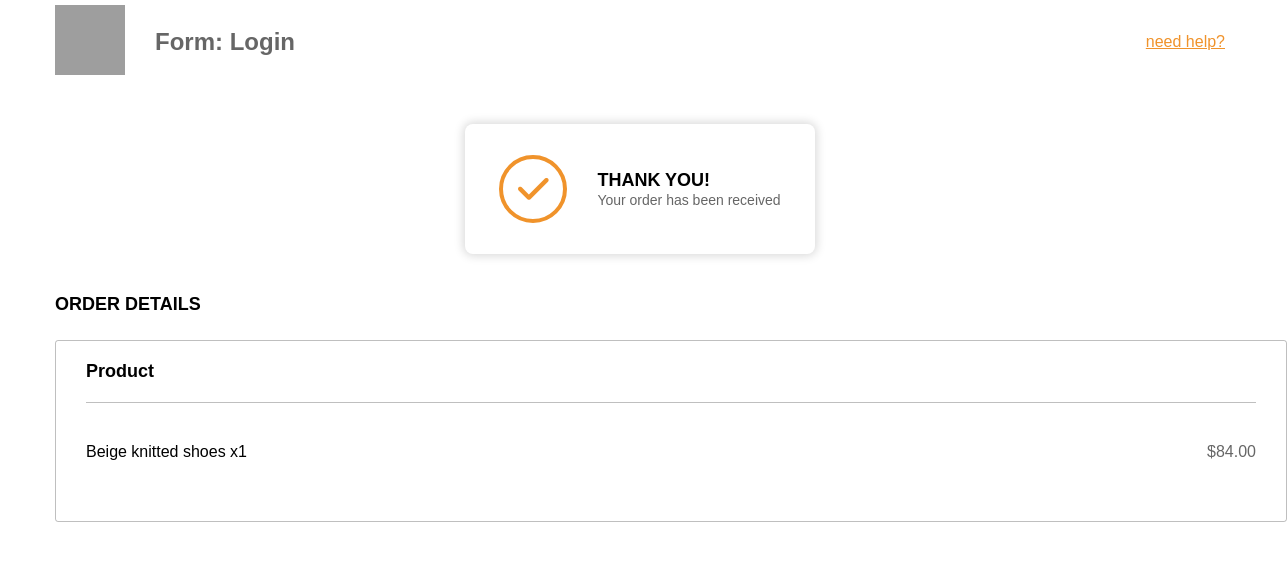
Repository: NguyenDucHung20002/project-homev1
Page: checkout/checkout.html
An editor plug-in stored every save of this project. The page is shown before and after the next save, followed by the edit.
The browser window is 1280 px wide. The page is 1287 px wide, so the pictures cover 1287 px, including what lies to the right of the window. The pictures show the whole page.
Pictures or frames that could not be fetched are drawn as grey boxes. The style sheet was rebuilt from its Sass, Less or Tailwind sources for each picture, by a compiler version that may differ from the author's.

Above is the page before, as saved 2022-09-20 10:17:27.

### checkout/checkout.html
<!DOCTYPE html>
<html lang="en">

<head>
    <meta charset="UTF-8">
    <meta http-equiv="X-UA-Compatible" content="IE=edge">
    <meta name="viewport" content="width=device-width, initial-scale=1.0">
    <!-- <link rel="stylesheet" href="../reset.css"> -->
    <link rel="stylesheet" href="../fontawesome-free-6.1.2-web/css/all.min.css">
    <link rel="stylesheet" href="../dist/css/checkout.css">
    <title>Document</title>
    <link rel="icon" href="/icon/favicon.png">
</head>

<body>
    <header>
        <div class="header">
            <div class="container">
                <div class="header-right">
                    <a href="../homev1.html"><img
                            src="http://wp.0effortthemes.com/themes/veggie/wp-content/uploads/2016/06/header-v3-logo.png"
                            alt=""></a>
                    <h2 class="name-form">Form: Login</h2>
                </div>
                <div class="header-left">
                    <a href="" class="help">need help?</a>
                </div>
            </div>
        </div>
    </header>

    <div class="content">
        <div class="container">
            <div class="thank-you">
                <i class="fa-solid fa-check"></i>
                <div class="title">
                    <span><strong>THANK YOU!</strong></span><br>
                    <span>Your order has been received</span>
                </div>
            </div>
            <span class="title-order-details"><strong>ORDER DETAILS</strong></span>
            <div class="order-details">
                <span class="title-product"><strong>Product</strong></span>
                <div class="cart-items">
                    <div class="items">
                        <span class="name-items">
                            Beige knitted shoes x1
                        </span>
                        <span class="price-items">
                            $84.00
                        </span>
                    </div>
                </div>
            </div>
        </div>
    </div>

</body>

<script src="https://cdnjs.cloudflare.com/ajax/libs/jquery/3.6.0/jquery.min.js"
    integrity="sha512-894YE6QWD5I59HgZOGReFYm4dnWc1Qt5NtvYSaNcOP+u1T9qYdvdihz0PPSiiqn/+/3e7Jo4EaG7TubfWGUrMQ=="
    crossorigin="anonymous" referrerpolicy="no-referrer"></script>
<script src="./checkout.js"></script>

</html>

### checkout/checkout.js
// $(".btn-checkout").click((e) => {
//   e.preventDefault();
// });

### checkout/checkout.scss
* {
  font-family: "Poppins", sans-serif;
}
body {
  position: relative;
}
.container {
  margin: 0 auto;
  width: 1170px;
}
header {
  width: 100%;
  position: fixed;
  top: 0;
  left: 0;
  z-index: 10000;
  background-color: rgba(#ffffff, 0.8);
  .header {
    .container {
      display: flex;
      align-items: center;
      justify-content: space-between;
      padding: 5px;
      .header-right {
        display: flex;
        justify-content: flex-start;
        align-items: center;
        a {
          img {
            width: 70px;
            height: 70px;
          }
        }
        .name-form {
          color: #666;
          margin-left: 30px;
        }
      }
      .header-left {
        a {
          color: #f0932b;
        }
      }
    }
  }
}
.content {
  .container {
    background-color: #ffffff;
    margin-top: 84px;
    padding: 40px 0px;
    .thank-you {
      display: flex;
      align-items: center;
      justify-content: center;
      width: 350px;
      height: 130px;
      margin: 0 auto;
      border-radius: 8px;
      box-shadow: 0px 0px 10px 2px rgba(0, 0, 0, 0.15);
      i {
        color: #f0932b;
        text-align: center;
        line-height: 60px;
        width: 60px;
        height: 60px;
        border: 4px solid #f0932b;
        border-radius: 50%;
        font-size: 35px;
        font-weight: bold;
        margin-right: 30px;
      }
      .title {
        span {
          font-size: 14px;
          color: #666;
        }
        strong {
          color: black;
          font-size: 18px;
        }
      }
    }
    .title-order-details {
      display: inline-block;
      margin: 40px 0px 25px;
      color: black;
      font-size: 18px;
    }
    .order-details {
      width: 100%;
      border-radius: 3px;
      padding: 20px 30px;
      border: 0.5px solid rgba(0, 0, 0, 0.25);
      .title-product {
        display: inline-block;
        width: 100%;
        font-size: 18px;
        font-weight: bold;
        padding-bottom: 20px;
        border-bottom: 0.5px solid rgba(0, 0, 0, 0.25);
      }
      .cart-items {
        padding: 20px 0px;
        .items {
          display: flex;
          align-items: center;
          justify-content: space-between;
          padding: 20px 0px;
          .name-items {
          }
          .price-items {
            color: #666;
          }
        }
      }
    }
  }
}

Loaded but not shown: fontawesome-free-6.1.2-web/css/all.min.css (library)

After the next save:
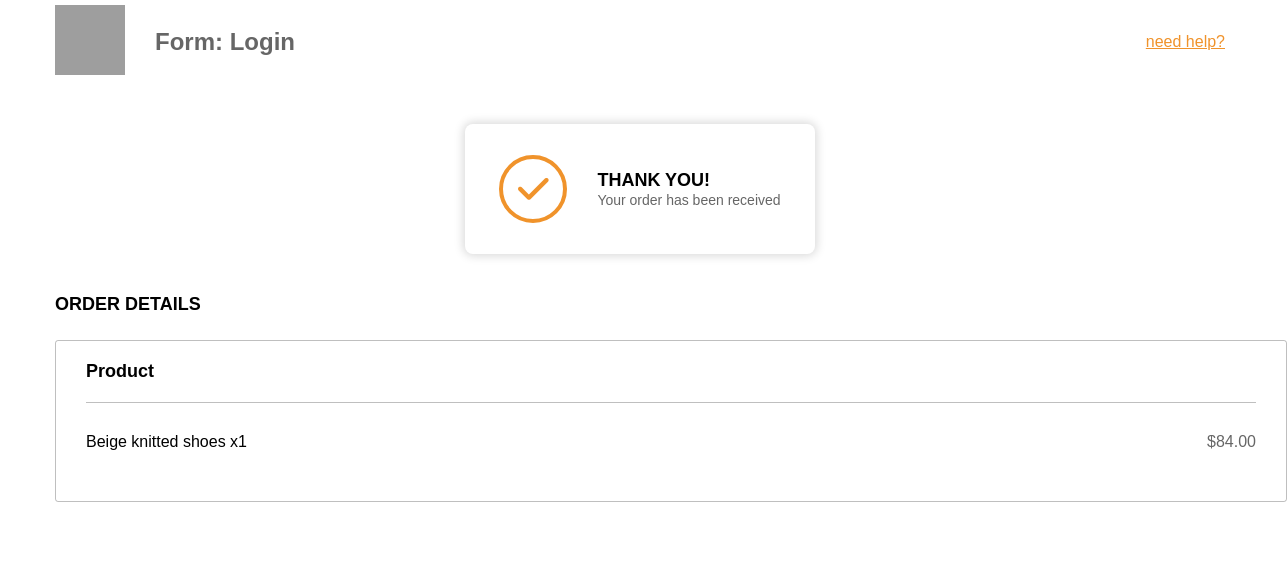
Saved 5 s later.
--- a/checkout/checkout.scss
+++ b/checkout/checkout.scss
@@ -101,7 +101,7 @@ header {
         border-bottom: 0.5px solid rgba(0, 0, 0, 0.25);
       }
       .cart-items {
-        padding: 20px 0px;
+        padding: 10px 0px;
         .items {
           display: flex;
           align-items: center;
